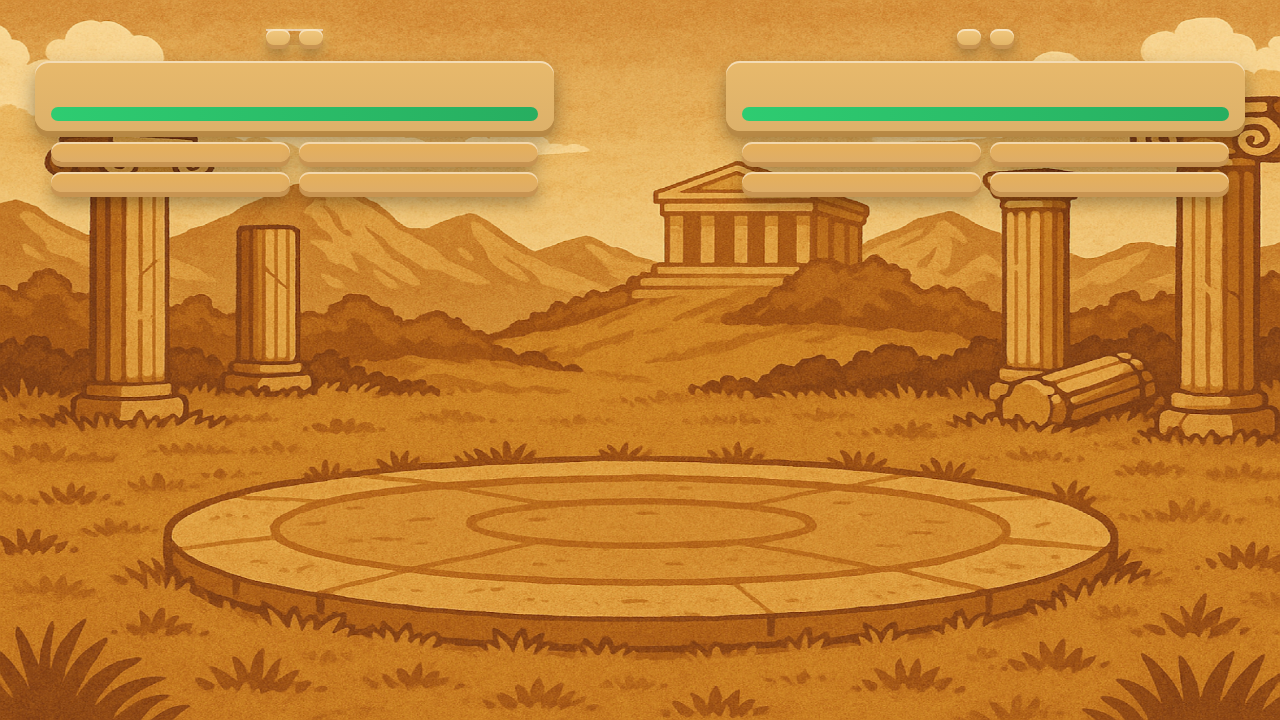
Repository: brianabariteau/Web-1-Final-Project-2025
Page: features/game/game.html
The author's editor kept a copy of each file at every save. The page is drawn from the files as they stood at one save, then again after the next save.
The browser window is 1280 px wide. The pictures show the whole page.
The first visible `.player1-abilities` is being pressed.
Some web fonts or font styles are not loaded; a fallback is used.

Above is the page before, as saved 2025-12-23 19:00:51.

After the next save:
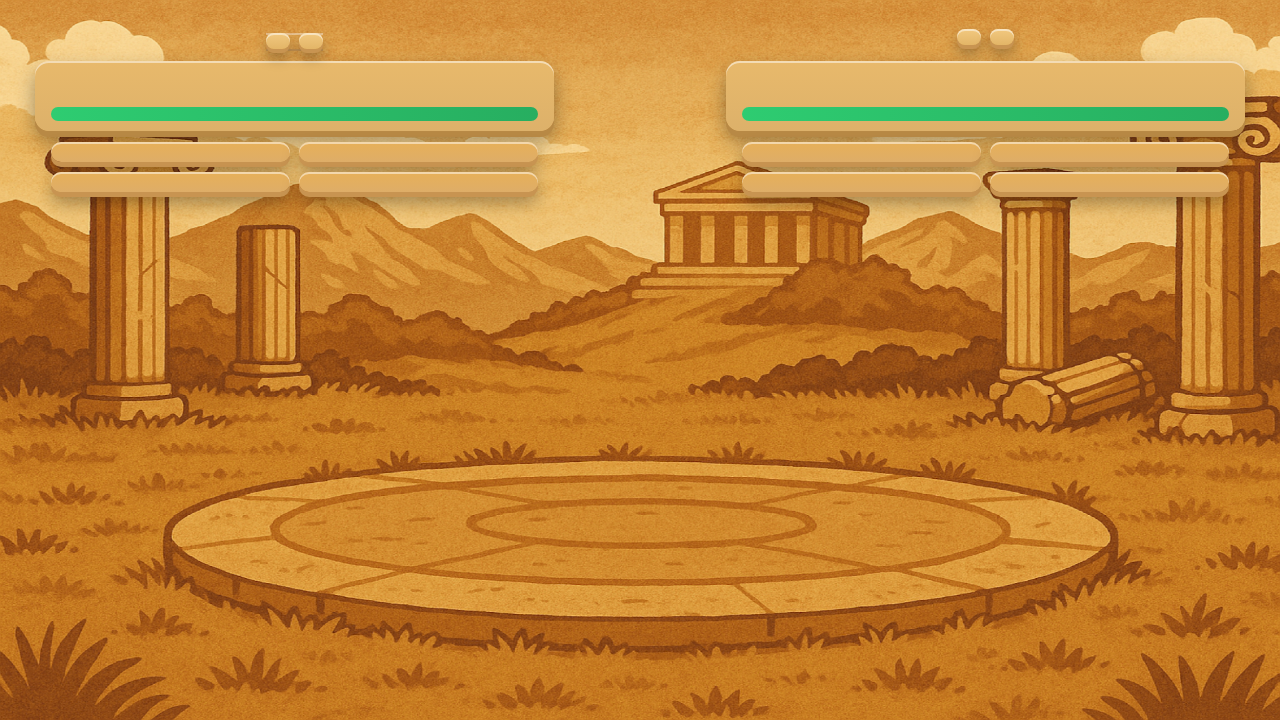
Saved 27 s later.
--- a/features/game/game.css
+++ b/features/game/game.css
@@ -211,8 +211,8 @@ body {
 
 .player1-abilities:active,
 .player2-abilities:active {
-  box-shadow: inset 0 2px 0 rgba(255, 255, 255, 0.6),
-    0 0 14px rgba(255, 215, 120, 0.9);
+  transform: translateY(4px);
+  box-shadow: inset 0 2px 0 rgba(255, 255, 255, 0.4), 0 2px 0 #c89451;
 }
 
 /* ───────────── MOBILE ADJUSTMENTS ───────────── */
